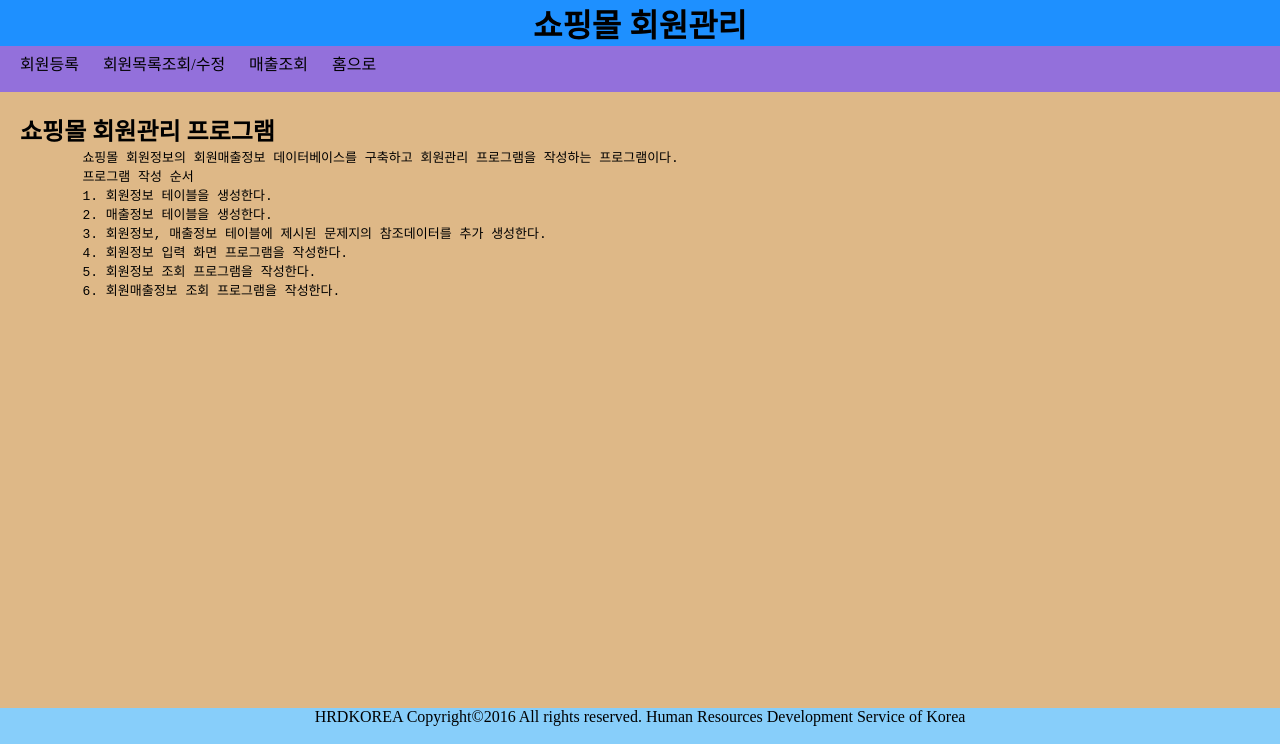
Repository: guguping/finalTestStudy
Page: http://localhost/test2/
An editor plug-in stored every save of this project. The page is shown before and after the next save, followed by the edit.
The browser window is 1280 px wide. The pictures show the whole page.
The page is served by Tomcat 9.

Above is the page before, as saved 2023-07-28 06:48:36.

After the next save:
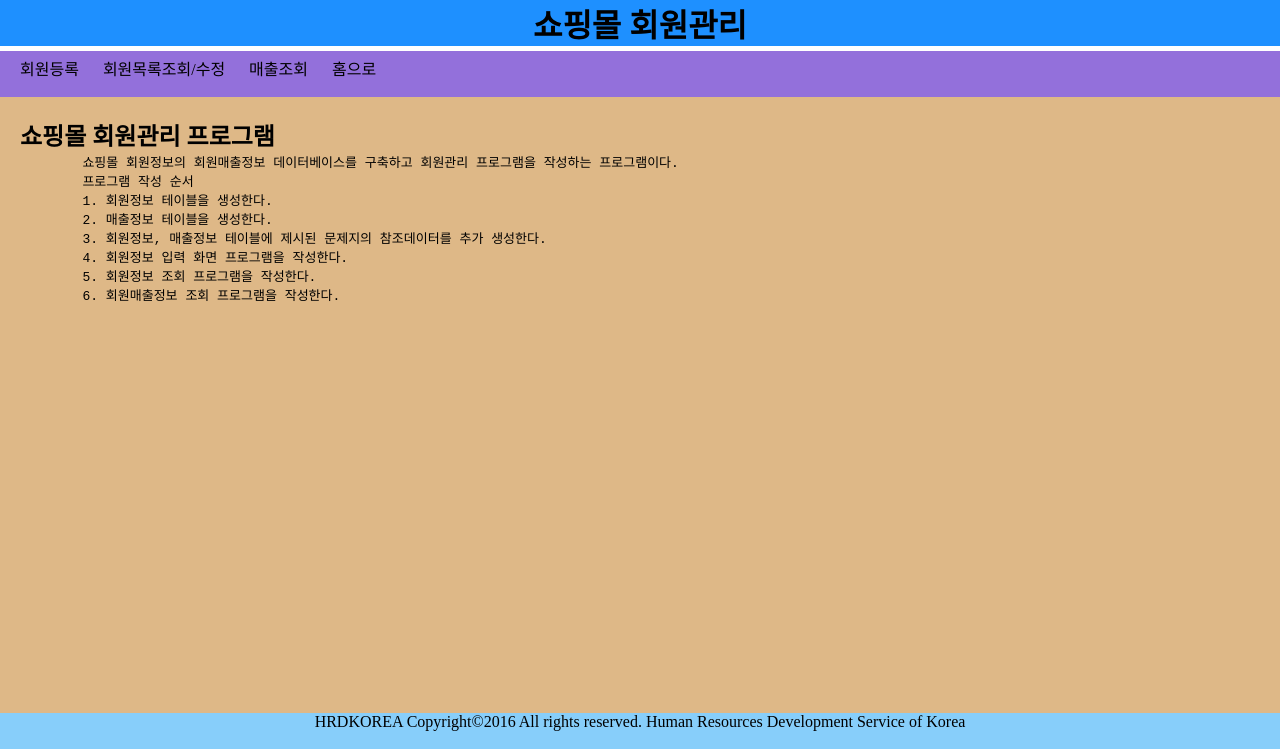
Saved 22 s later.
--- a/test2/src/main/webapp/index.jsp
+++ b/test2/src/main/webapp/index.jsp
@@ -28,6 +28,7 @@
         	height: 5%;
         }
         #nav{
+        	margin-top:5px;
 			height: 5%;
         }
     </style>

After the save that followed:
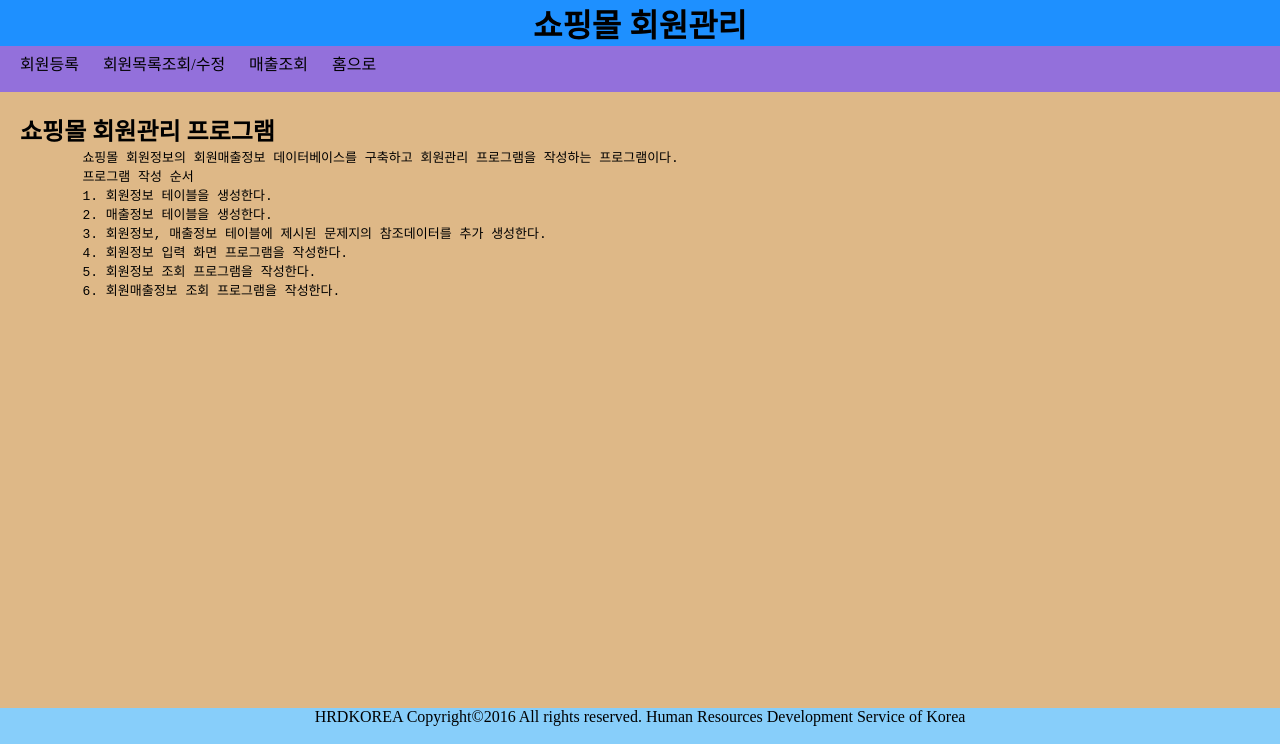
Saved 35 s later.
--- a/test2/src/main/webapp/index.jsp
+++ b/test2/src/main/webapp/index.jsp
@@ -28,8 +28,10 @@
         	height: 5%;
         }
         #nav{
+			height: 5%;
+        }
+        #nav a {
         	margin-top:5px;
-			height: 5%;
         }
     </style>
 </head>
